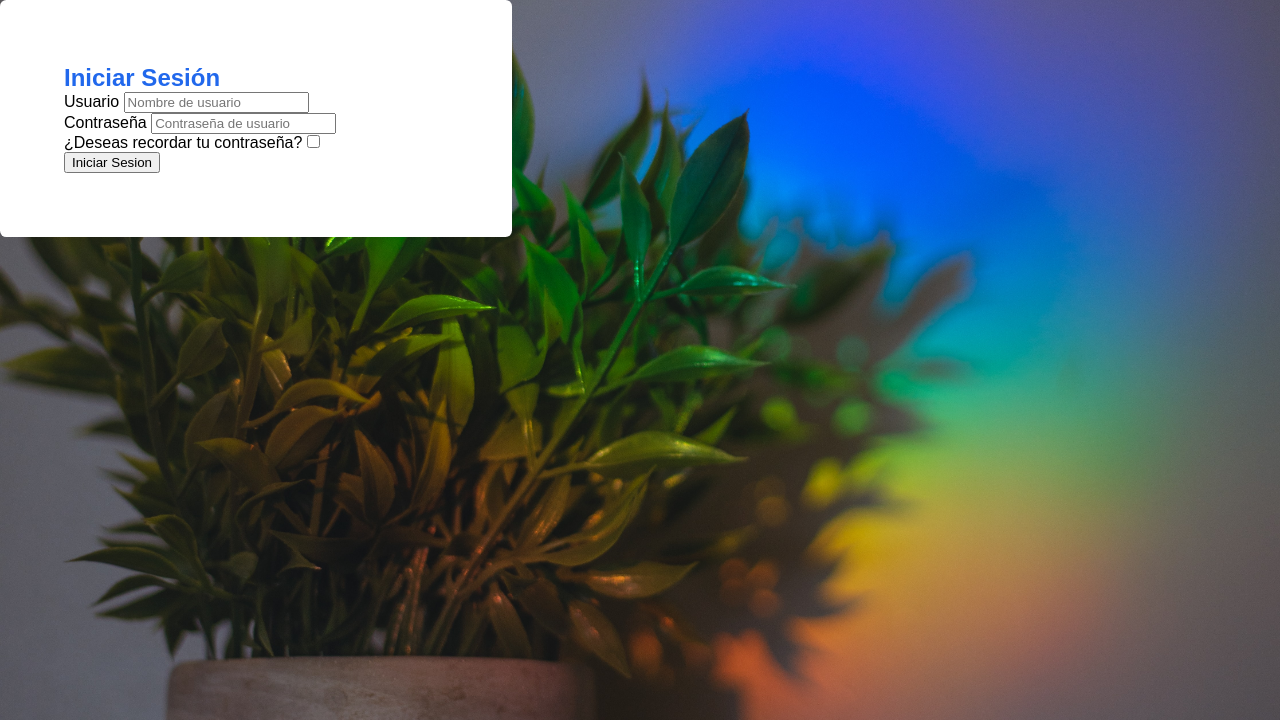
Repository: TzMichaelYT/ModuloHTMLCSS
Page: formularioHTML/index.html
The author's editor kept a copy of each file at every save. The page is drawn from the files as they stood at one save, then again after the next save.
The browser window is 1280 px wide. The pictures show the whole page.

Above is the page before, as saved 2021-07-14 20:22:46.

### formularioHTML/index.html
<!DOCTYPE html>
<html lang="es">
  <head>
    <meta charset="UTF-8" />
    <meta http-equiv="X-UA-Compatible" content="IE=edge" />
    <meta name="viewport" content="width=device-width, initial-scale=1.0" />
    <title>Iniciar Sesion</title>

    <!-- Estilos CSS -->
    <link rel="stylesheet" href="./styles/styles.css">

  </head>
  <body class="bg-matica">
    <!-- Seccion login -->
    <section class="screen-form">
      <!-- Contenedor del formulario -->
      <div class="bg-white form-container">
        <form>
          <!-- Contenedor del titulo -->
          <div>
            <h1 class="header-color">Iniciar Sesi&oacute;n</h1>
          </div>

          <!-- Inputs de inicio de sesion-->
          <div class="input-container">
            <label for="usuario">Usuario</label>
            <input type="text" id="usuario" placeholder="Nombre de usuario" />
          </div>

          <div class="input-container">
            <label for="password">Contraseña</label>
            <input
              type="password"
              id="password"
              placeholder="Contraseña de usuario"
            />
          </div>

          <div class="checkbox-container">
            <label for="check">¿Deseas recordar tu contraseña?</label>
            <input type="checkbox" id="check" />
          </div>

          <div class="btn-login">
              <button type="submit">Iniciar Sesion</button>
          </div>
        </form>
      </div>
    </section>
  </body>
</html>

### formularioHTML/styles/styles.css
/*Estilos Genarales*/
* {
    font-family: Arial, Helvetica, sans-serif;
    margin: 0;
}

/* Color del titulo */
.header-color {
    color: #2168ec;
}

/* Imagen de fondo */
.bg-matica {
    background-image: url('../img/matica.jpg');
    background-size: cover;
    background-repeat: no-repeat;
    background-position-y: 40%;
}
/* contendedor formulario */

.bg-white {
    background-color: #fff;
}

.form-container {
    padding: 4rem;
    width: 30%;
    border-radius: 0.4rem;
    /*display: flex;
    justify-content: center;
    flex-direction: column;*/
}

/* contenedores de inputs */



/* estilos de botones */

/*Alineacion Formulario*/

After the next save:
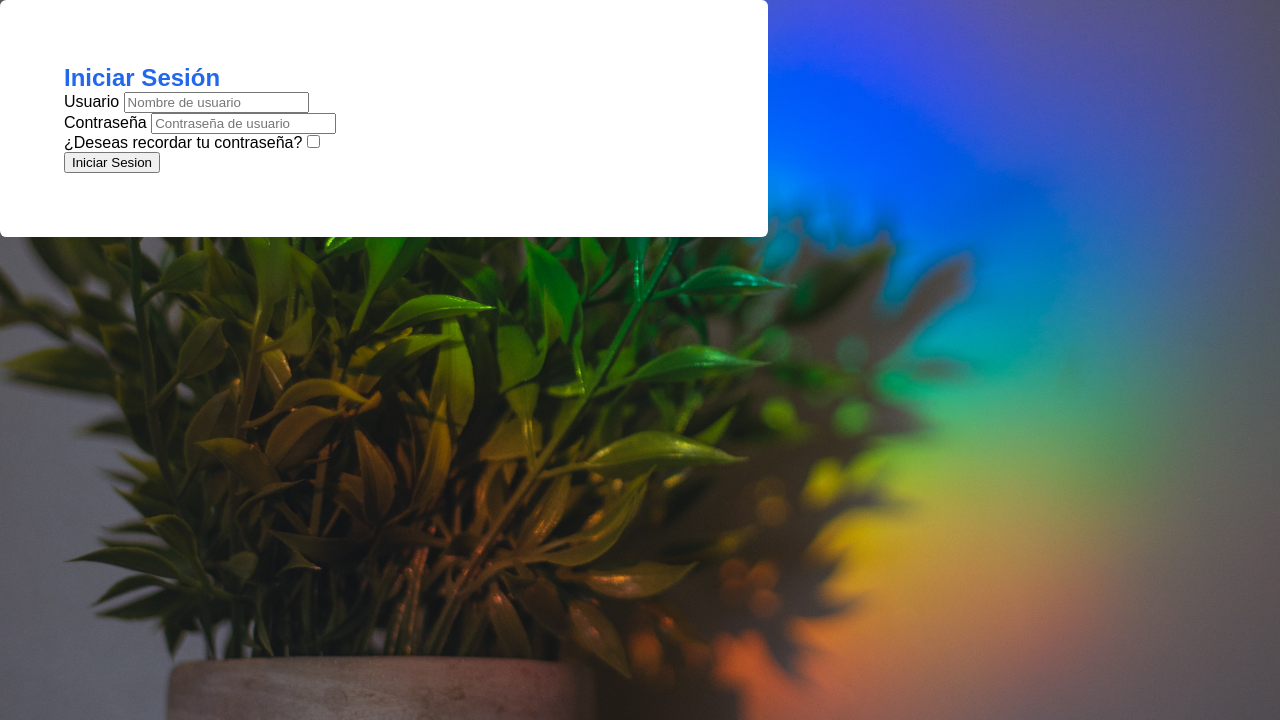
Saved 6 min 29 s later.
--- a/formularioHTML/styles/styles.css
+++ b/formularioHTML/styles/styles.css
@@ -24,7 +24,7 @@
 
 .form-container {
     padding: 4rem;
-    width: 30%;
+    width: 50%;
     border-radius: 0.4rem;
     /*display: flex;
     justify-content: center;

After the save that followed:
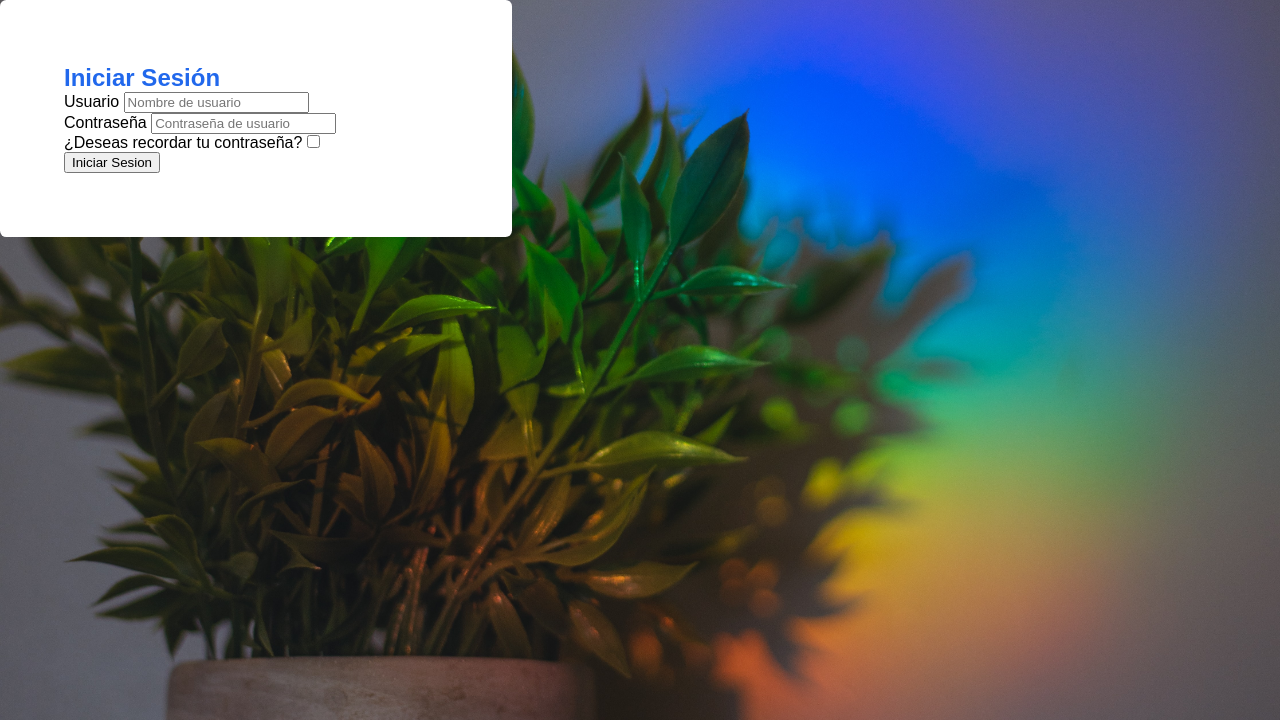
Saved 18 s later.
--- a/formularioHTML/styles/styles.css
+++ b/formularioHTML/styles/styles.css
@@ -24,7 +24,7 @@
 
 .form-container {
     padding: 4rem;
-    width: 50%;
+    width: 30%;
     border-radius: 0.4rem;
     /*display: flex;
     justify-content: center;
